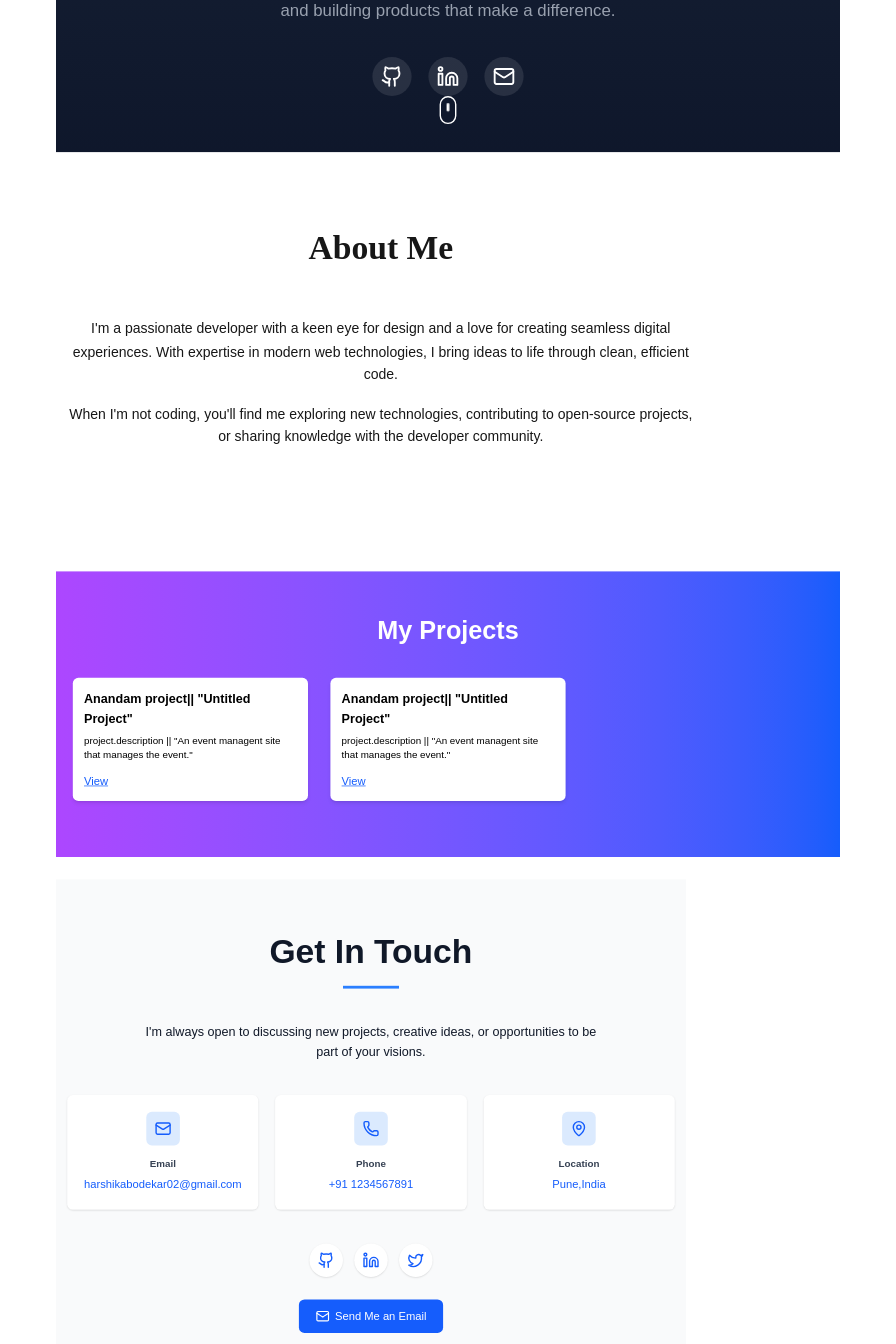
Repository: harshikabodekar/portfolio_awp
Page: /src/components
The author's editor kept a copy of each file at every save. The page is drawn from the files as they stood at one save, then again after the next save.
The browser window is 1280 px wide. The pictures show the part of the page from y = 795 to 2715 px (the page is 3080 px tall before and 3201 px after), at 70% of full size.
The project was rebuilt for these pictures with package versions that can differ from the ones it lists, and the page was loaded fresh each time. The framework's server and built-in components were replaced by stand-ins that run in the browser. Also part of the build but not shown: next.config.mjs.

Above is the page before, as saved 2025-10-15 20:22:45.

After the next save:
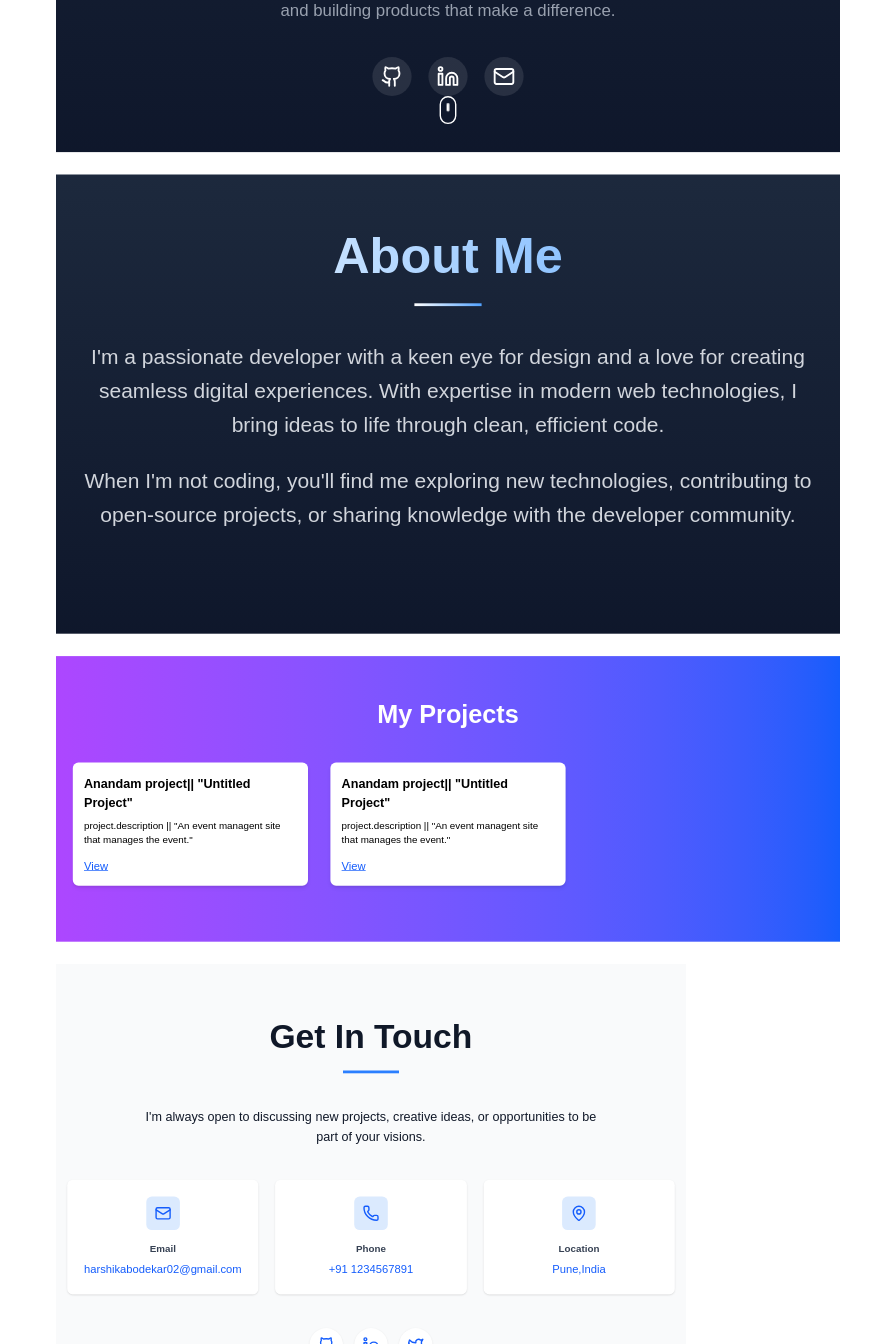
Saved 2 min 3 s later.
--- a/src/app/components/About.js
+++ b/src/app/components/About.js
@@ -2,21 +2,21 @@ import React from 'react';
 
 const About = () => {
   return (
-    <section id="about" className="py-20 bg-gradient-subtle">
+    <section id="about" className="py-20 px-6 bg-gradient-to-b from-slate-800 to-slate-900 text-white">
       <div className="container mx-auto px-4">
-        <div className="max-w-4xl mx-auto">
-          <h2 className="text-4xl md:text-5xl font-bold mb-6 text-center font-['Space_Grotesk']">
+        <div className="max-w-6xl mx-auto">
+          <h2 className="text-4xl sm:text-5xl md:text-6xl lg:text-7xl font-bold mb-8 text-center bg-gradient-to-r from-white to-blue-400 bg-clip-text text-transparent">
             About Me
           </h2>
-          <div className="w-20 h-1 bg-gradient-accent mx-auto mb-12"></div>
+          <div className="w-24 h-1 bg-gradient-to-r from-white to-blue-400 mx-auto mb-12"></div>
 
           <div className="mb-16 text-center">
-            <p className="text-xl text-muted-foreground leading-relaxed mb-6">
+            <p className="text-xl sm:text-2xl md:text-3xl text-gray-300 leading-relaxed mb-8">
               I'm a passionate developer with a keen eye for design and a love for creating
               seamless digital experiences. With expertise in modern web technologies, I bring
               ideas to life through clean, efficient code.
             </p>
-            <p className="text-xl text-muted-foreground leading-relaxed">
+            <p className="text-xl sm:text-2xl md:text-3xl text-gray-300 leading-relaxed">
               When I'm not coding, you'll find me exploring new technologies, contributing to
               open-source projects, or sharing knowledge with the developer community.
             </p>
